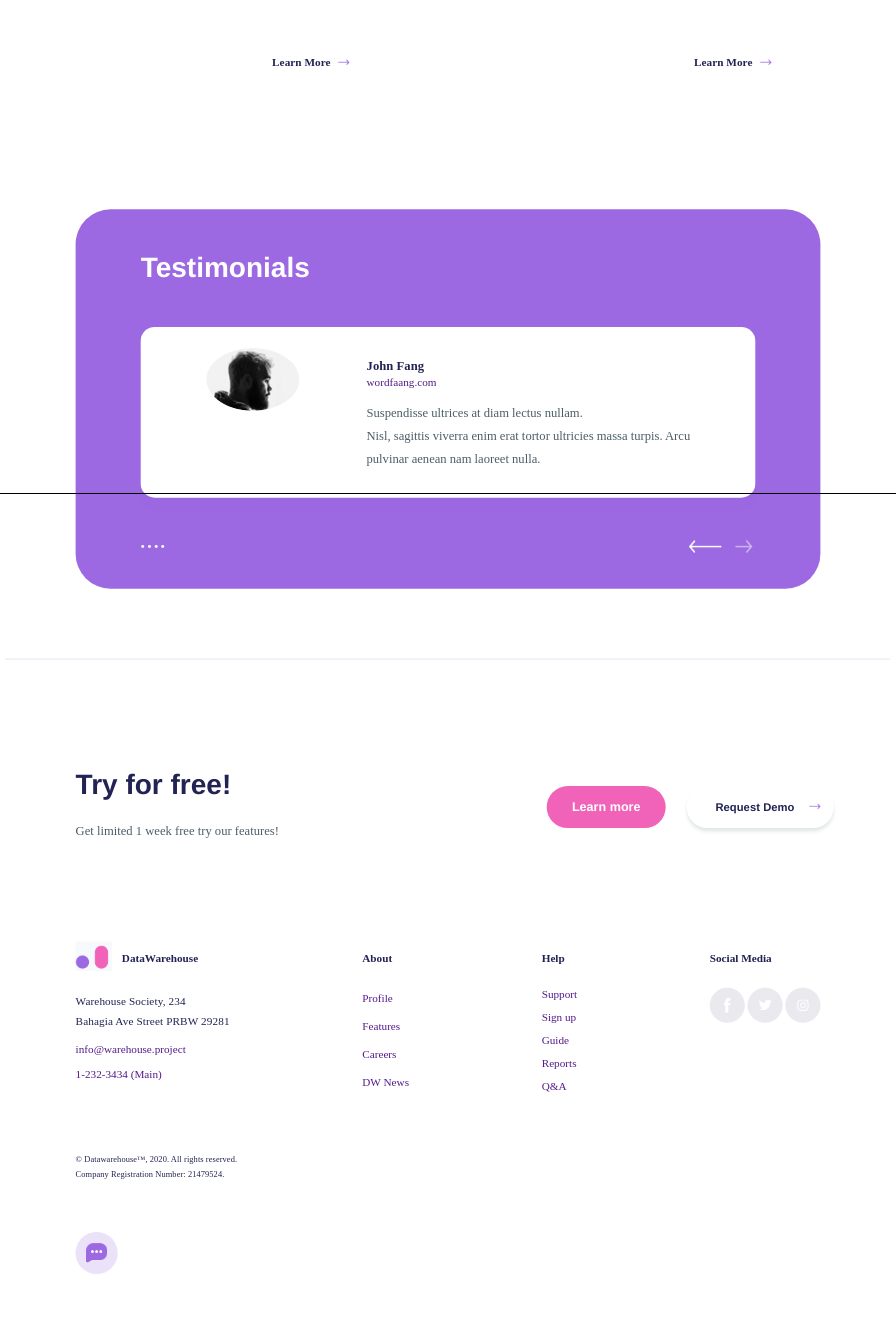
Repository: batonAnton/HW6_flexbox
Page: index.html
These files come from the project's save history. The page is drawn as it stood at one moment and after the next save; the edit follows.
The browser window is 1280 px wide. The pictures show the part of the page from y = 2200 to 4120 px (the page is 4094 px tall before and 4120 px after), at 70% of full size.
Some web fonts or font styles are not loaded; a fallback is used.

Above is the page before, as saved 2022-06-19 16:38:54.

### index.html
<!DOCTYPE html>
<html lang="en">
<head>
    <meta charset="UTF-8">
    <meta http-equiv="X-UA-Compatible" content="IE=edge">
    <meta name="viewport" content="width=device-width, initial-scale=1.0">
    <link href="http://fonts.cdnfonts.com/css/helvetica-neue-9" rel="stylesheet">
    <link rel="stylesheet" href="./fonts/Helvetica-Bold.ttf">
    <link rel="stylesheet" href="./fonts/AvenirLTStd-Black.otf">
    <link rel="stylesheet" href="./css/style.css">
    <title>FlexBox</title>
</head>
<body>
    <header>
        <div class="logo">
            <img src="./images/logo.png" alt="logo">
        </div>

        <nav>
            <ul>
                <li>
                    <a href="#">about</a>
                </li>
                <li>
                    <a href="#">help</a>
                </li>
                <li>
                    <a href="#">features</a>
                </li>
                <li>
                    <a href="#">signup</a>
                </li>
            </ul>
        </nav>

        <div class="header-btn">
            <div>
                <button>request demo</button>
            </div>
            <div class="btn-img">
                <img src="./images/right-arrow.png" alt="arrow-right" >
            </div>
        </div>
    </header>

    <div class="section allstyles">
        <div class="info">
            <h1>Save your data <br> storage here.</h1>
            <p>Data Warehouse is a data storage area that <br>has been
                tested for security, so you can store <br> your data here
                safely but not be afraid of <br> being stolen by others.</p>
            <button>Learn more</button>
        </div>

        <div class="section-img">
            <img src="./images/headerImg.png" alt="">
        </div>
    </div>

    <div class="section2 allstyles">
        <div class="sectin2-img">
            <img src="./images/assideimg.png" alt="assideimg">
        </div>

        <div class="section2-info">
            <h1>We are a high-level data <br> storage bank</h1>
            <p>
                The place to store various data that you can access at any <br> time through the internet  and where you can carry it. <br>
                This very flexible storage area has a high level of security. <br> To enter into your own data you must enter the password <br> that you created when you registered in this Data <br> Warehouse.
            </p>
        </div>
    </div>

    <div class="section3 allstyles">
        <h1 class="section3-header"> Features</h1>
        <p class="section3-header">Some of the features and advantages that we provide for those of you <br> who store data in this Data Warehouse.</p>

        <div class="row1">
            <div class="block">
                <img src="./images/section3/image1 1.png" alt="img">
                <div class="info">
                    <h1>Search Data</h1>
                <p>
                    Don’t worry if your data is very <br> large, the Data Warehoue <br> provides a search engine, <br> which is useful for making it <br> easier to find data effectively <br> saving time.
                </p>

                <div class="header-btn section3-btn">
                    <div>
                        <button>Learn more</button>
                    </div>
                    <div class="btn-img">
                        <img src="./images/right-arrow.png" alt="arrow-right" >
                    </div>
                </div>
                </div>

            </div>


            <div class="block">
                <img src="./images/section3/image2.png" alt="img">
                <div class="info">
                    <h1>24 Hours Access</h1>
                <p>
                    Access is given 24 hours a full <br> morning to night and
                    meet <br> again in the morning, giving <br> you comfort when
                    you need <br> data when urgent.
                </p>

                <div class="header-btn section3-btn">
                    <div>
                        <button>Learn more</button>
                    </div>
                    <div class="btn-img">
                        <img src="./images/right-arrow.png" alt="arrow-right" >
                    </div>
                </div>
                </div>

            </div>
        </div>

        <!-- row2 start -->

        <div class="row1 row2">
            <div class="block">
                <img src="./images/section3/image3 1.png" alt="img">
                <div class="info">
                    <h1>Print Out</h1>
                <p>
                    Print out service gives you <br> convenience if someday
                    you <br> need print data, just edit it all <br> and just print it.
                </p>

                <div class="header-btn section3-btn">
                    <div>
                        <button>Learn more</button>
                    </div>
                    <div class="btn-img">
                        <img src="./images/right-arrow.png" alt="arrow-right" >
                    </div>
                </div>
                </div>

            </div>


            <div class="block">
                <img src="./images/section3/image4 1.png" alt="img">
                <div class="info">
                    <h1>Security Code</h1>
                <p>
                    Data Security is one of our <br> best facilities. Allows for your <br> files
                    to be safer. The file can <br> be secured with a code or <br>
                    password that
                    you created, <br> so only you can open the file.
                </p>

                <div class="header-btn section3-btn">
                    <div>
                        <button>Learn more</button>
                    </div>
                    <div class="btn-img">
                        <img src="./images/right-arrow.png" alt="arrow-right" >
                    </div>
                </div>
                </div>

            </div>
        </div>
    </div>

    <div class="section4 allstyles">
        <h1>Testimonials</h1>

        <div class="block">
            <img class="rounded" src="./images/section3/Ellipse 76.jpg" alt="img">
            <div class="info">
                <h1>John Fang </h1>
                <a href="">wordfaang.com</a>
                <p>
                    Suspendisse ultrices at diam lectus nullam. <br>
                    Nisl, sagittis viverra enim erat tortor ultricies massa turpis. Arcu <br> pulvinar aenean nam laoreet nulla.
                </p>
            </div>
        </div>
        <h4>&#x2022 &#x2022 &#x2022 &#x2022</h4>
        <p class="right"> <img src="./images/section3/arrows.png" alt="arrows"> </p>
    </div>
    <hr>


    <div class="forfree allstyles">
        <div class="free-info">
            <h1>Try for free!</h1>
            <p>Get limited 1 week free try our features!</p>
        </div>

        <div class="btn-block">
            <button>Learn more</button>
            <div class="header-btn">
                <div>
                    <button>request demo</button>
                </div>
                <div class="btn-img">
                    <img src="./images/right-arrow.png" alt="arrow-right" >
                </div>
            </div>
        </div>
    </div>

    <footer>
        <div class="allblock allstyles">
            <div class="address">
                <img src="./images/logo.png" alt="logo">
                <h1 style="float: right;
                margin-right: 45px;"> DataWarehouse</h1>
                <p> Warehouse Society, 234 <br>
                    Bahagia Ave Street
                    PRBW 29281
                </p>

                <a href="">info@warehouse.project</a> <br> <br>
                <a href="">1-232-3434 (Main)</a>
            </div>

            <div class="about">
                <h1>About</h1>
                <a href="">Profile</a>
                <a href=""> Features</a>
                <a href=""> Careers</a>
                <a href="">DW News</a>
            </div>

            <div class="help">
                <h1>Help</h1>
                <a href="">Support</a>
                <a href="">Sign up</a>
                <a href="">Guide</a>
                <a href="">Reports</a>
                <a href="">Q&A</a>
            </div>

            <div class="social">
                <h1>Social Media</h1>
                <a href="">
                    <img src="./images/footer/facebook.png" alt="face">
                </a>

                <a href="">
                    <img src="./images/footer/insta.png" alt="tweeter">
                </a>

                <a href="">
                    <img src="./images/footer/twitter.png" alt="insta">
                </a>
            </div>

        </div>
        <p class="allstyles pfooter">© Datawarehouse™, 2020. All rights reserved. <br>
            Company Registration Number: 21479524.</p>
        <div class="message allstyles">
            <img src="./images/footer/message.png" alt="">
        </div>
    </footer>
</body>
</html>

### css/style.css
body {
  box-sizing: border-box;
  font-family: "Avenir";
}

.allstyles{
    margin: 70px 100px;
}

header {
  display: flex;
  margin: 30px 100px;
  justify-content: space-between;
  /* border: 1px solid gray; */
 font-family: Arial, Helvetica, sans-serif;
  font-size: 16px;
}


nav {
  margin-right: 40%;
}

nav ul {
  display: flex;
  list-style: none;
  color: #4b5d68;
}

nav ul li a {
  text-decoration: none;
  padding-left: 20px;
  text-transform: capitalize;
}

.header-btn {
  display: flex;
  justify-content: center;
}


.header-btn button {
  padding: 15px 30px 15px 15px;
  text-transform: capitalize;
  border: none;
  border-radius: 50px;
  background: #ffffff;
  box-shadow: 0px 5px 5px rgb(75 93 104 / 15%);
  width: 210px;
  color: #212353;
  font-size: 16px;
  font-weight: 800;
  line-height: 100%;
  letter-spacing: 0.005em;
}

.btn-img {
  margin-left: -35px;
  padding-left: -15px;
  align-self: center;
}

button img {
  padding-top: 5px;
  margin-left: 5px;
}

button:hover {
  border: 1px solid rgba(156, 105, 226, 1);
  text-decoration: underline;
}

.section {
  display: flex;
  position: relative;
  height: 600px;
  overflow: hidden;
}


.info {
  width: 50%;
}

.section h1 {
  font-style: normal;
  font-weight: 700;
  font-size: 4rem;
  line-height: 110%;
  font-family: "Helvetica Neue", sans-serif;
  color:#212353;
  font-weight: 700;
}



.section p {
  font-family: 'Avenir', Helvetica, sans-serif;
  font-style: normal;
  font-weight: 500;
  font-size: 16px;
  line-height: 28px;
  margin-top: 50px;
  margin-bottom: 50px;
}

.section-img {
  position: absolute;
  bottom: 1%;
  right: -13%;
}
.section-img img {
  width: 84%;
}

.info button{
    font-family: 'Avenir', Helvetica, sans-serif;
    font-style: normal;
    font-weight: 700;
    font-size: 18px;
    line-height: 160%;
    background-color: #9C69E2;
    border-radius: 50px;
    color: #ffffff;
    width: 170px;
    height: 60px;
    border: none;
    cursor: pointer;
}


.section2{
    display: flex;
    justify-content: space-between;
    background: rgba(240, 99, 184, 0.15);
    border-radius: 50px;
    font-family: 'Avenir', Helvetica, sans-serif;
}

.section2 h1{
    font-style: normal;
    font-weight: 700;
    font-size: 40px;
    line-height: 130%;
    color: #212353;
}

.section2 p{
    font-family: 'Avenir', Helvetica, sans-serif;
font-style: normal;
font-weight: 400;
font-size: 16px;
line-height: 160%;
}

.section2-info{
    padding:55px;
}


.section3-header{
    text-align: center;
    margin: -30px 0 75px 0;
}

.row1{
    display: flex;
    justify-content: space-between;
}

.row1 .block img{
    float: left;
}

.section3 .info{
  float: right;
  width: auto;
  margin-left: 35px;
}

.section3 .info h1{
  font-family: 'Helvetica';
font-style: normal;
font-weight: 400;
font-size: 24px;
line-height: 130%;
color: #212353;
}

.section3 .info p{
  font-family: 'Avenir',  sans-serif;
font-style: normal;
font-weight: 200;
font-size: 14px;
line-height: 130%;
color: #4B5D68;
margin-top: 50px;
/* margin-bottom: 50px; */
height: 160px;
}

.section3 .section3-btn button{
  padding:0;
  color: #212353;
  box-shadow: none;
  background-color: #ffffff;
  font-family: 'Avenir';
  font-style: normal;
  font-weight: 900;
  font-size: 16px;
  line-height: 160%;
  letter-spacing: 0.005em;
  width:85px;
}

.section3 .header-btn{
  display: flex;
  justify-content: flex-start;
}

.section3 .btn-img{
  margin-left: 10px;
}

.row2{
  margin: 90px 0  180px 0;
}

.section4{
  /* height: 709px; */
  background-color: #9C69E2;
  border-radius: 50px;
  padding: 30px 93px;
}

.section4 h1{
  font-family: 'Helvetica';
  font-style: normal;
  font-weight: 700;
  font-size: 40px;
  line-height: 130%;
  color: #FFFFFF;
  margin-bottom: 60px;
}

.section4 .block{
  background-color: #FFFFFF;
  box-shadow: 0px 20px 0px rgba(156, 105, 226, 0.3);
  border-radius: 20px;
  padding: 30px 93px 120px 93px;
}

.section4 .info{
  float: right;
  width: auto;
}

.section4 .info h1{
font-family: 'Avenir';
font-style: normal;
font-weight: 900;
font-size: 18px;
line-height: 160%;
letter-spacing: 0.005em;
color: #212353;
margin-bottom: 0;
}

.section4 .info p{
  font-family: 'Avenir';
font-style: normal;
font-weight: 400;
font-size: 18px;
line-height: 180%;
color: #4B5D68;
}

.section4 .info a{
  text-decoration: none;
}

.rounded{
  border-radius:50%;
}

h4{
  color: #ffffff;
  margin-top: 60px ;
}

.right{
  margin-left: auto;
  margin-right: auto;
  float: right;
  margin-top: -44px;
}

hr{
  margin-top: 100px;
  margin-bottom: 45px;
  background: #9C69E2;
  opacity: 0.2;
}

.forfree{
  margin-top: 125px;
  margin-bottom: 125px;
  display: flex;
  justify-content: space-between;
}

.forfree h1{
  font-family: 'Helvetica';
font-style: normal;
font-weight: 700;
font-size: 40px;
line-height: 130%;
display: flex;
align-items: center;
color: #212353;
}

.forfree p{
  font-family: 'Avenir';
font-style: normal;
font-weight: 500;
font-size: 18px;
line-height: 160%;
color: #4B5D68;
}

.forfree button{
  font-family: 'Avenir', Helvetica, sans-serif;
    font-style: normal;
    font-weight: 700;
    font-size: 18px;
    line-height: 160%;
    background-color: #F063B8;
    border-radius: 50px;
    color: #ffffff;
    width: 170px;
    height: 60px;
    border: none;
    cursor: pointer;
    margin-left: 30px;
}

.forfree .header-btn button {
  padding: 15px 30px 15px 15px;
  text-transform: capitalize;
  border: none;
  border-radius: 50px;
  background: #ffffff;
  box-shadow: 0px 5px 5px rgb(75 93 104 / 15%);
  width: 210px;
  color: #212353;
  font-size: 16px;
  font-weight: 800;
  line-height: 100%;
  letter-spacing: 0.005em;
}

.forfree .btn-img{
  margin-top: -35px;
}

.btn-block{
  display: flex;
  margin-top: 55px
}

/* footer */

.allblock{
  display: flex;
  justify-content: space-between;
}

.about, .help{
  display: inline-grid;
}

footer h1{
  font-family: 'Avenir';
font-style: normal;
font-weight: 900;
font-size: 16px;
line-height: 160%;
color: #212353;
margin-bottom: 30px;
}

.address a{
  margin-bottom: 5px;
}


footer a{
  text-decoration: none;
  padding-bottom: 15px;
}

footer p{
  font-family: 'Avenir';
font-style: normal;
font-weight: 500;
font-size: 16px;
line-height: 180%;
letter-spacing: 0.01em;
color: #212353;
}

.pfooter{
  font-family: 'Avenir';
font-style: normal;
font-weight: 400;
font-size: 12px;
line-height: 180%;
display: flex;
align-items: center;
letter-spacing: 0.01em;
color: #212353;
}

After the next save:
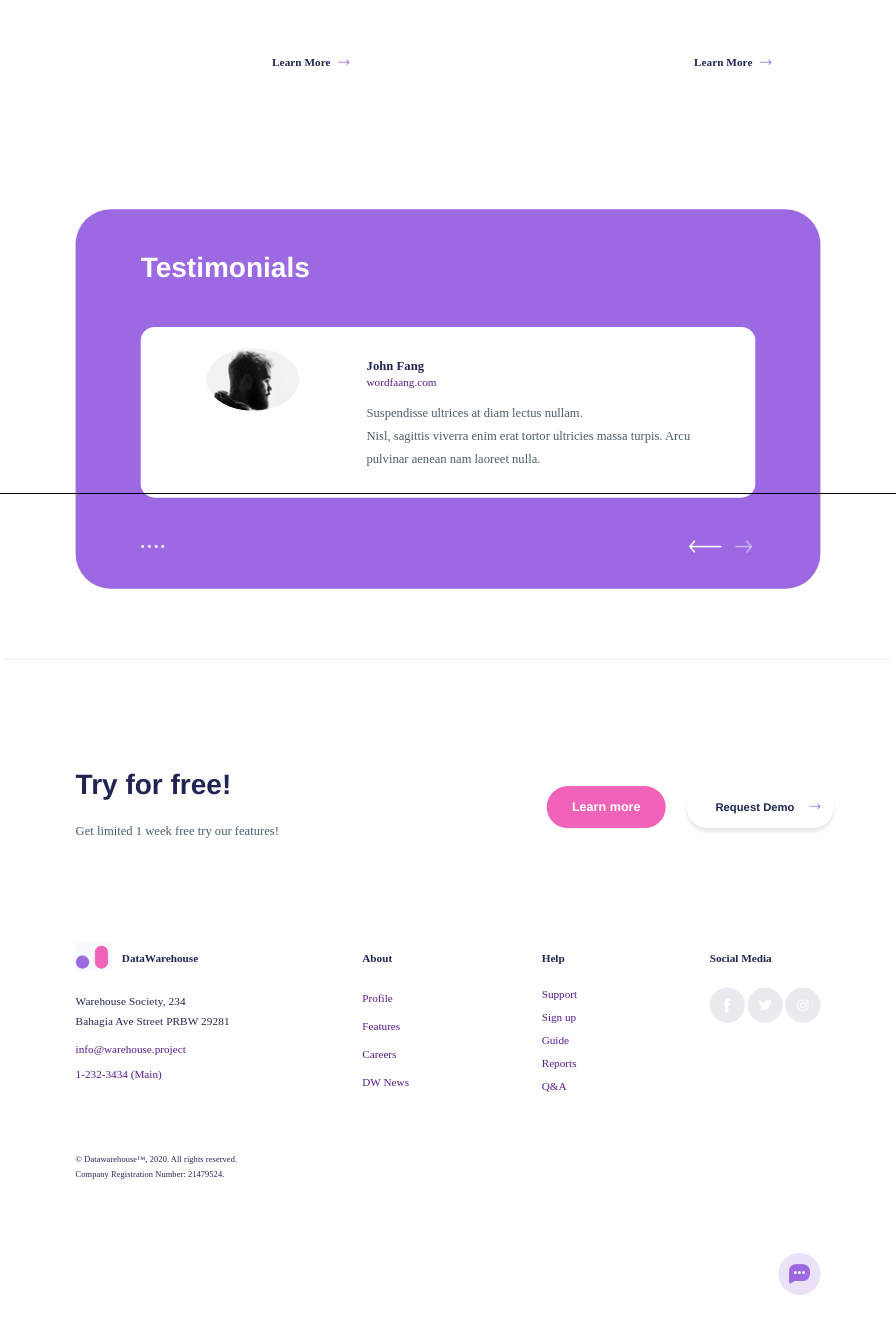
Saved 3 min 7 s later.
--- a/css/style.css
+++ b/css/style.css
@@ -421,3 +421,9 @@ align-items: center;
 letter-spacing: 0.01em;
 color: #212353;
 }
+
+.message{
+  display: flex;
+  justify-content: flex-end;
+  margin-top: 100px;
+}
